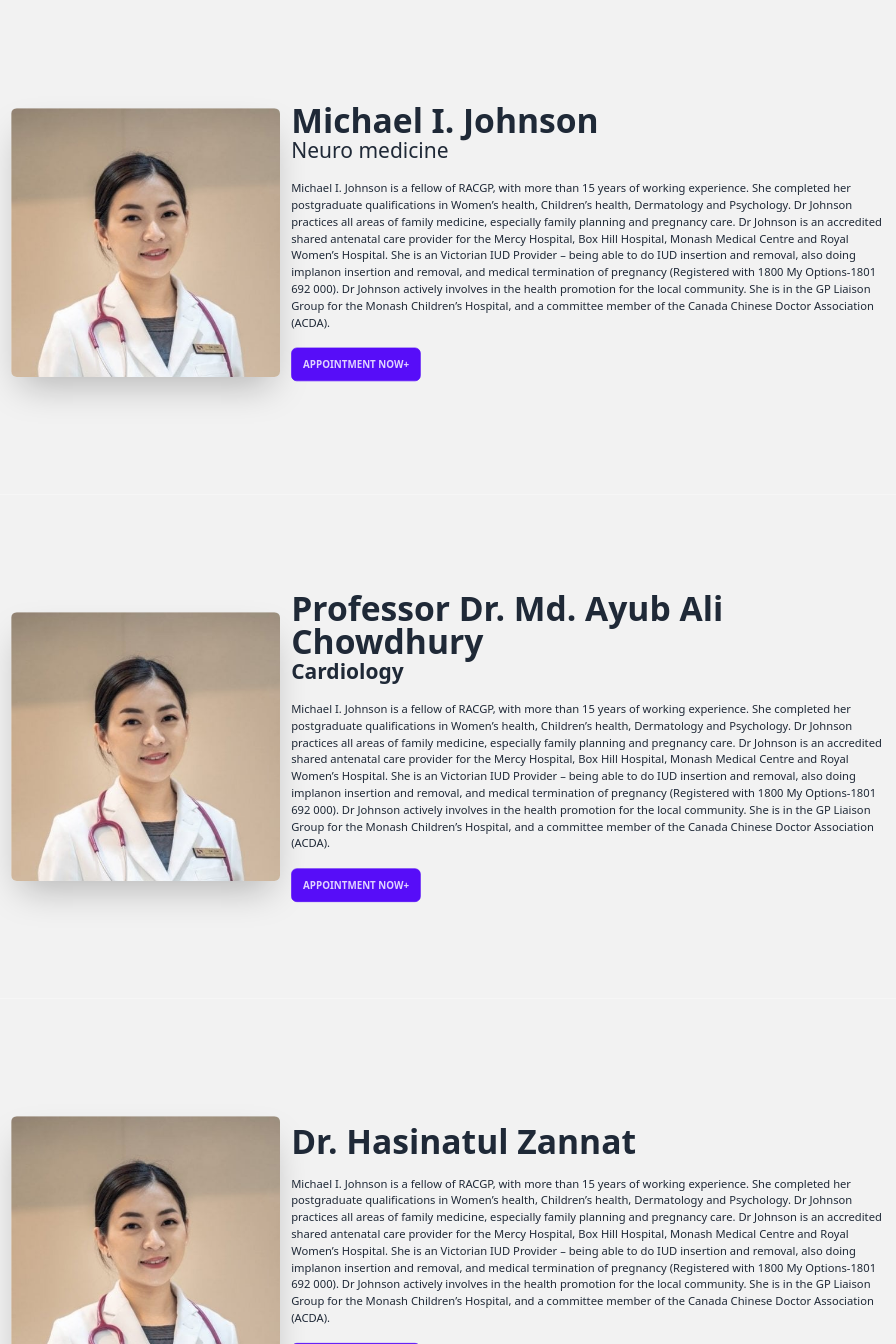
Repository: salmaakter11/Medical-Health
Page: /
These files come from the project's save history. The page is drawn as it stood at one moment and after the next save; the edit follows.
The browser window is 1280 px wide. The pictures show the part of the page from y = 942 to 2862 px (the page is 3088 px tall), at 70% of full size.
The project was rebuilt for these pictures with package versions that can differ from the ones it lists, and the page was loaded fresh each time. Also part of the build but not shown: vite.config.js.

Above is the page before, as saved 2023-07-10 21:48:12.

After the next save:
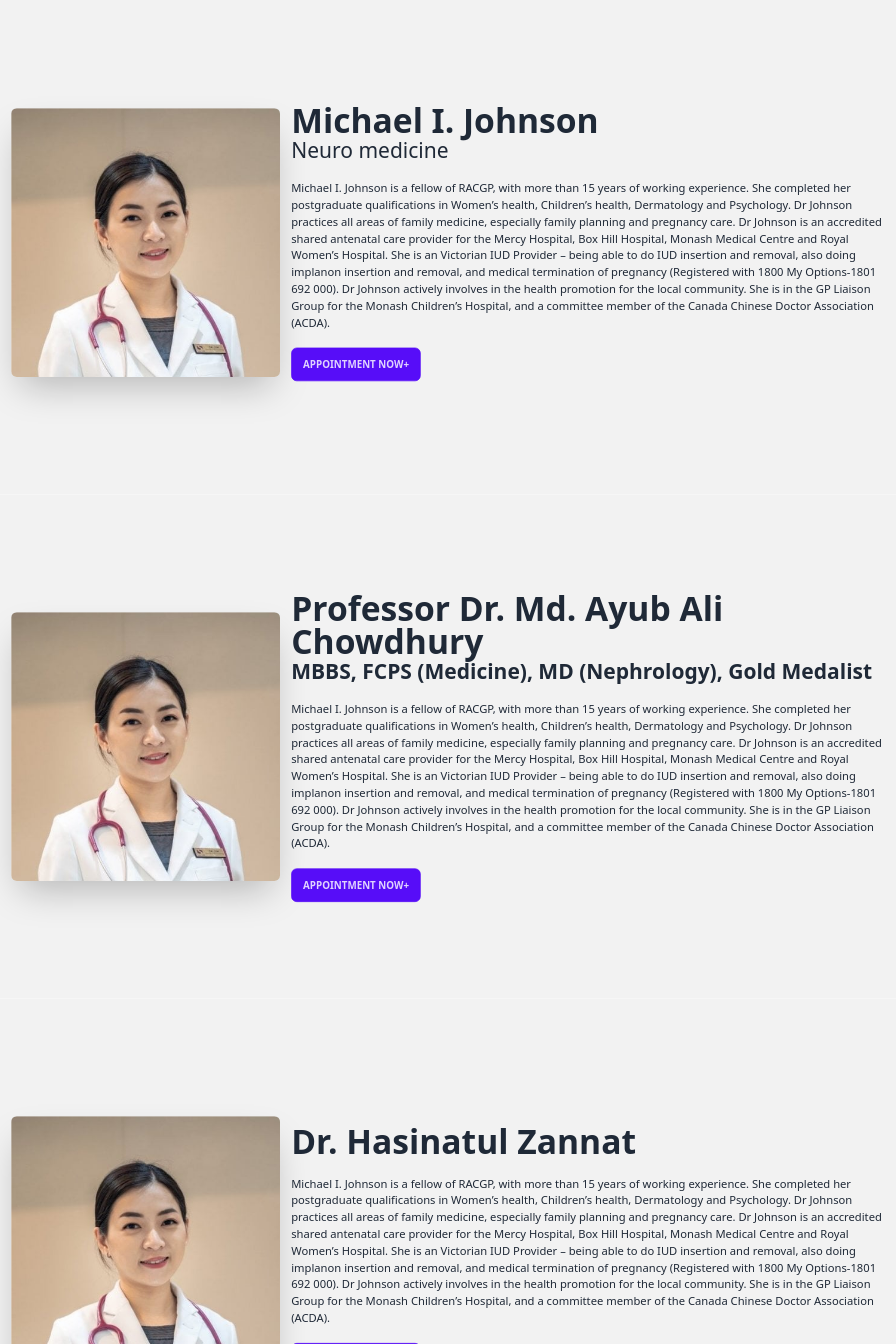
Saved 22 s later.
--- a/src/component/Doctor's/Doctor.jsx
+++ b/src/component/Doctor's/Doctor.jsx
@@ -27,7 +27,7 @@
     <img src={doc1} className="max-w-sm rounded-lg shadow-2xl" />
     <div>
       <h1 className="text-5xl font-bold">Professor Dr. Md. Ayub Ali Chowdhury</h1>
-      <h4 className="text-3xl font-bold">Cardiology</h4>
+      <h4 className="text-3xl font-bold">MBBS, FCPS (Medicine), MD (Nephrology), Gold Medalist</h4>
       <p className="py-6">Michael I. Johnson is a fellow of RACGP, with more than 15 years of working experience. She completed her postgraduate qualifications in Women’s health, Children’s health, Dermatology and Psychology.
 Dr Johnson practices all areas of family medicine, especially family planning and pregnancy care. Dr Johnson is an accredited shared antenatal care provider for the Mercy Hospital, Box Hill Hospital, Monash Medical Centre and Royal Women’s Hospital. She is an Victorian IUD Provider – being able to do IUD insertion and removal, also doing implanon insertion and removal, and medical termination of pregnancy (Registered with 1800 My Options-1801 692 000).
 Dr Johnson actively involves in the health promotion for the local community. She is in the GP Liaison Group for the Monash Children’s Hospital, and a committee member of the Canada Chinese Doctor Association (ACDA).</p>
